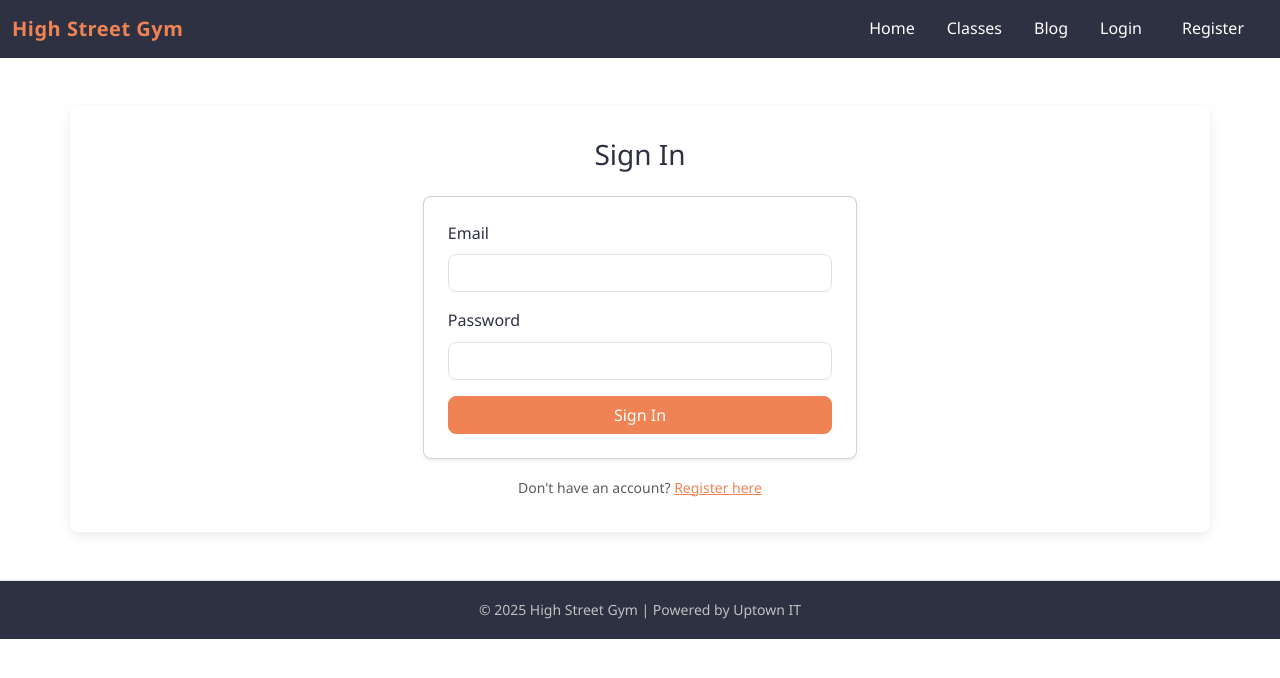
Repository: HBDSolutions/highstreetgym
Page: http://localhost/highstreetgym/controllers/auth/login_controller.php
An editor plug-in stored every save of this project. The page is shown before and after the next save, followed by the edit.
The browser window is 1280 px wide. The pictures show the whole page.
The page is run by PHP 8.4 with error messages shown; the project is at /var/www/html/.

Above is the page before, as saved 2025-11-05 18:08:23.

After the next save:
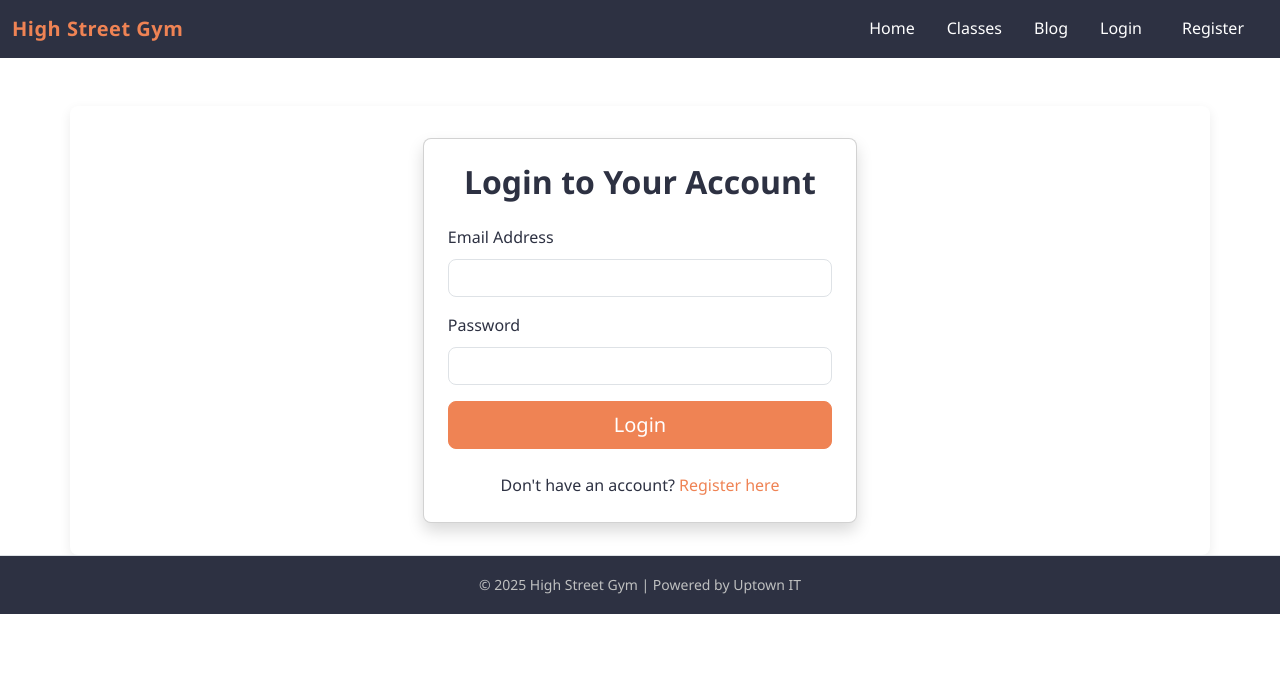
Saved 21 s later.
--- a/views/auth/login.php
+++ b/views/auth/login.php
@@ -1,22 +1,61 @@
-<?php
-// DUMB LOGIN PAGE VIEW
-// SESSION IS ALREADY STARTED BY THE CONTROLLER, SO WE DON'T NEED TO START IT HERE
-// EXPECTS $loginFormContext TO BE PROVIDED BY CONTROLLER
-?>
-<main class="container my-5">
-  <div class="row justify-content-center">
-    <div class="col-md-6 col-lg-5">
-      <h1 class="h3 mb-4 text-center">Sign In</h1>
+<!-- Login Content View -->
+<main class="container mt-5">
+    <div class="row justify-content-center">
+        <div class="col-md-6 col-lg-5">
+            <article class="card shadow">
+                <div class="card-body p-4">
+                    <h2 class="text-center mb-4">Login to Your Account</h2>
 
-      <div class="card p-4 shadow-sm">
-        <?php include __DIR__ . '/../partials/forms/login_form.php'; ?>
-      </div>
+                    <?php if ($showSuccessAlert): ?>
+                        <div class="alert alert-success">
+                            <?= htmlspecialchars($successMessage) ?>
+                        </div>
+                    <?php endif; ?>
 
-      <div class="text-center mt-3">
-        <small class="text-muted">
-          Don't have an account? <a href="/highstreetgym/controllers/auth/register_controller.php">Register here</a>
-        </small>
-      </div>
+                    <?php if ($showErrorAlert): ?>
+                        <div class="alert alert-danger">
+                            <?= htmlspecialchars($errorMessage) ?>
+                        </div>
+                    <?php endif; ?>
+
+                    <!-- Login Form -->
+                    <form method="POST" action="<?= htmlspecialchars($formAction) ?>" id="loginForm">
+                        <div class="mb-3">
+                            <label for="email" class="form-label">Email Address</label>
+                            <input type="email"
+                                    class="form-control"
+                                    id="email"
+                                    name="email"
+                                    value="<?= htmlspecialchars($previousEmail) ?>"
+                                    required
+                                    autocomplete="email">
+                        </div>
+
+                        <div class="mb-3">
+                            <label for="password" class="form-label">Password</label>
+                            <input type="password"
+                                    class="form-control"
+                                    id="password"
+                                    name="password"
+                                    required
+                                    autocomplete="current-password">
+                        </div>
+
+                        <div class="d-grid">
+                            <button type="submit" class="btn btn-primary btn-lg">Login</button>
+                        </div>
+                    </form>
+
+                    <!-- Register Link -->
+                    <?php if ($showRegisterLink): ?>
+                        <div class="text-center mt-4">
+                            <p class="mb-0">Don't have an account?
+                                <a href="/highstreetgym/controllers/auth/register_controller.php" class="text-decoration-none">Register here</a>
+                            </p>
+                        </div>
+                    <?php endif; ?>
+                </div>
+            </article>
+        </div>
     </div>
-  </div>
 </main>
